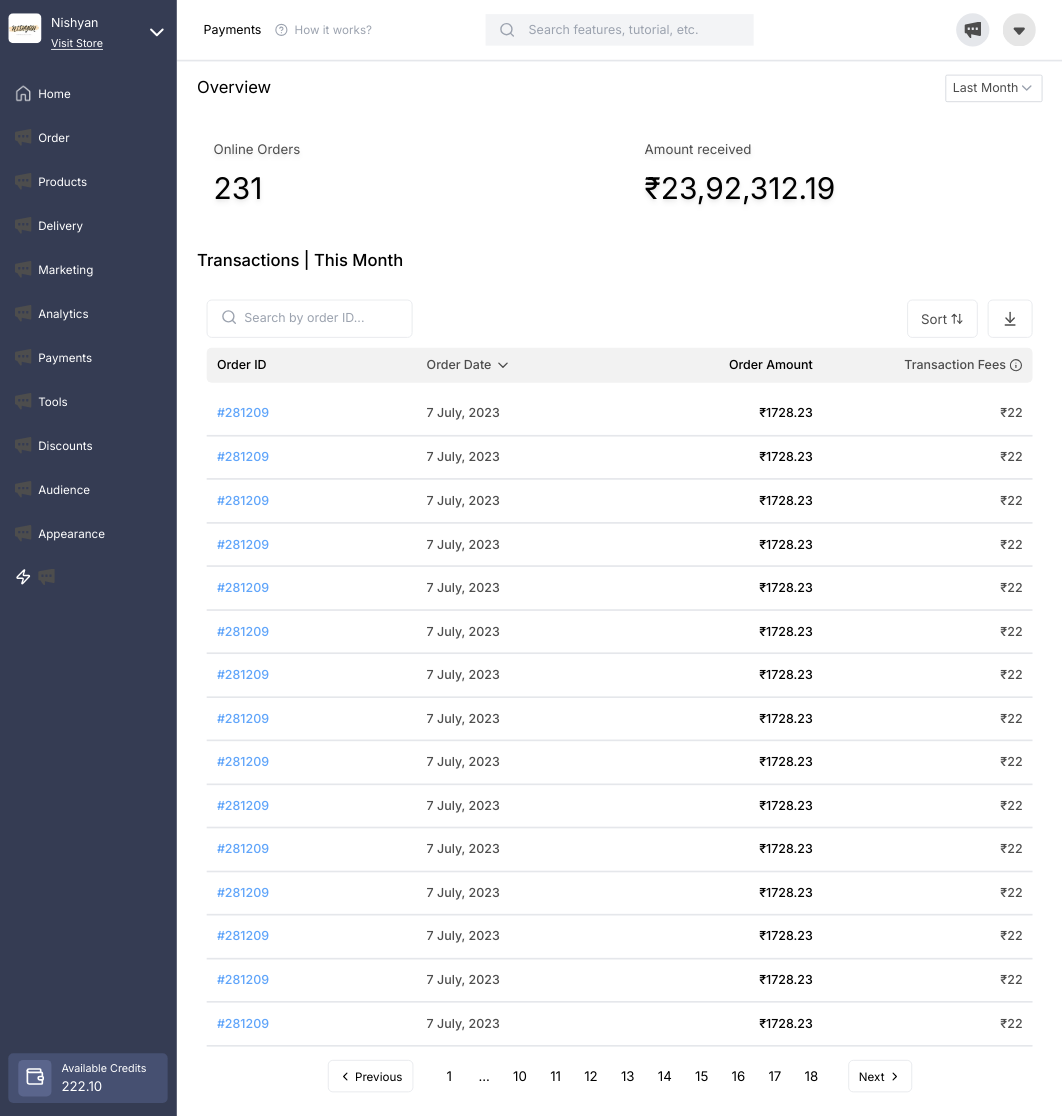
Repository: SubhamBnk/dukaan-task
Page: /
The author's editor kept a copy of each file at every save. The page is drawn from the files as they stood at one save, then again after the next save.
The browser window is 1280 px wide. The pictures show the whole page, at 83% of full size.
The project was rebuilt for these pictures with package versions that can differ from the ones it lists, and the page was loaded fresh each time. The framework's server and built-in components were replaced by stand-ins that run in the browser. Also part of the build but not shown: next.config.js.

Above is the page before, as saved 2024-01-09 20:42:05.

After the next save:
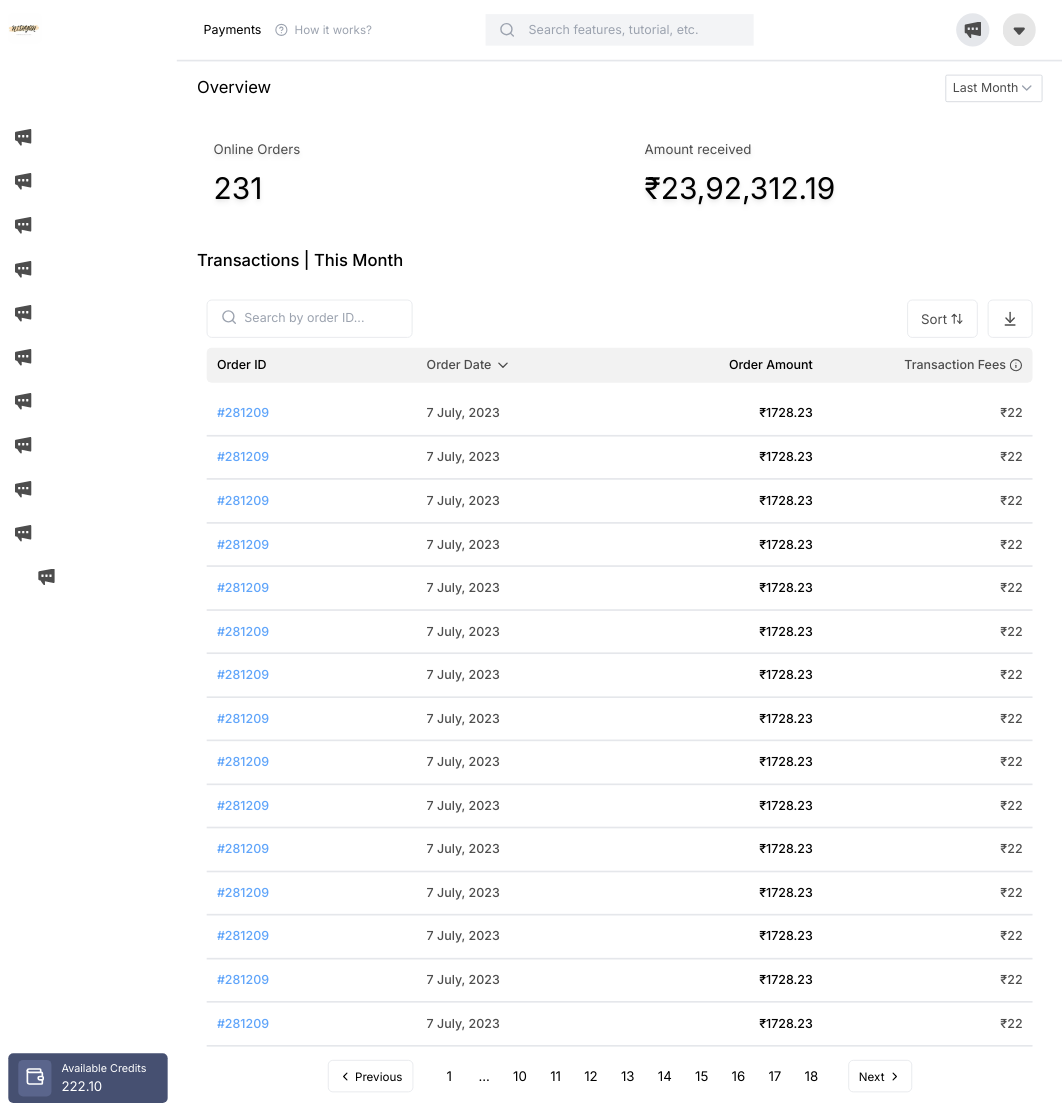
Saved 2 min 7 s later.
--- a/src/app/page.tsx
+++ b/src/app/page.tsx
@@ -11,7 +11,8 @@
 
   return (
     <div className='grid grid-cols-6 bg-white '>
-      <div className='bg-[#353C53] h-100 px-2.5 py-4 text-white relative'>
+   <div className='bg-[rgba(255, 255, 255, 0.1)] h-100 px-2.5 py-4 text-white relative'>
+
           {/* Logo and Name */}
           <div className='flex gap-3'>
             <div>

After the save that followed:
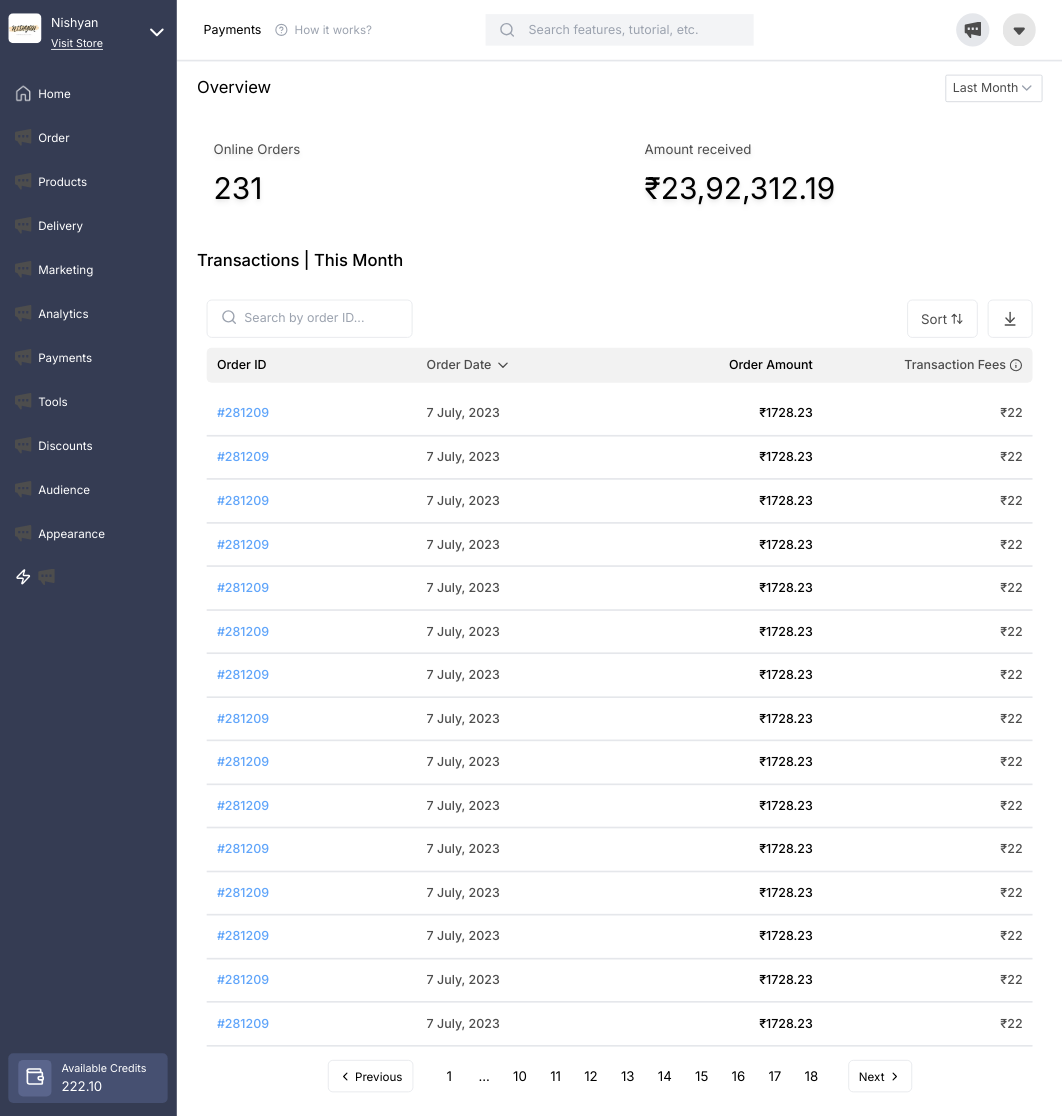
Saved 14 s later.
--- a/src/app/page.tsx
+++ b/src/app/page.tsx
@@ -11,8 +11,7 @@
 
   return (
     <div className='grid grid-cols-6 bg-white '>
-   <div className='bg-[rgba(255, 255, 255, 0.1)] h-100 px-2.5 py-4 text-white relative'>
-
+      <div className='bg-[#353C53] h-100 px-2.5 py-4 text-white relative'>
           {/* Logo and Name */}
           <div className='flex gap-3'>
             <div>
